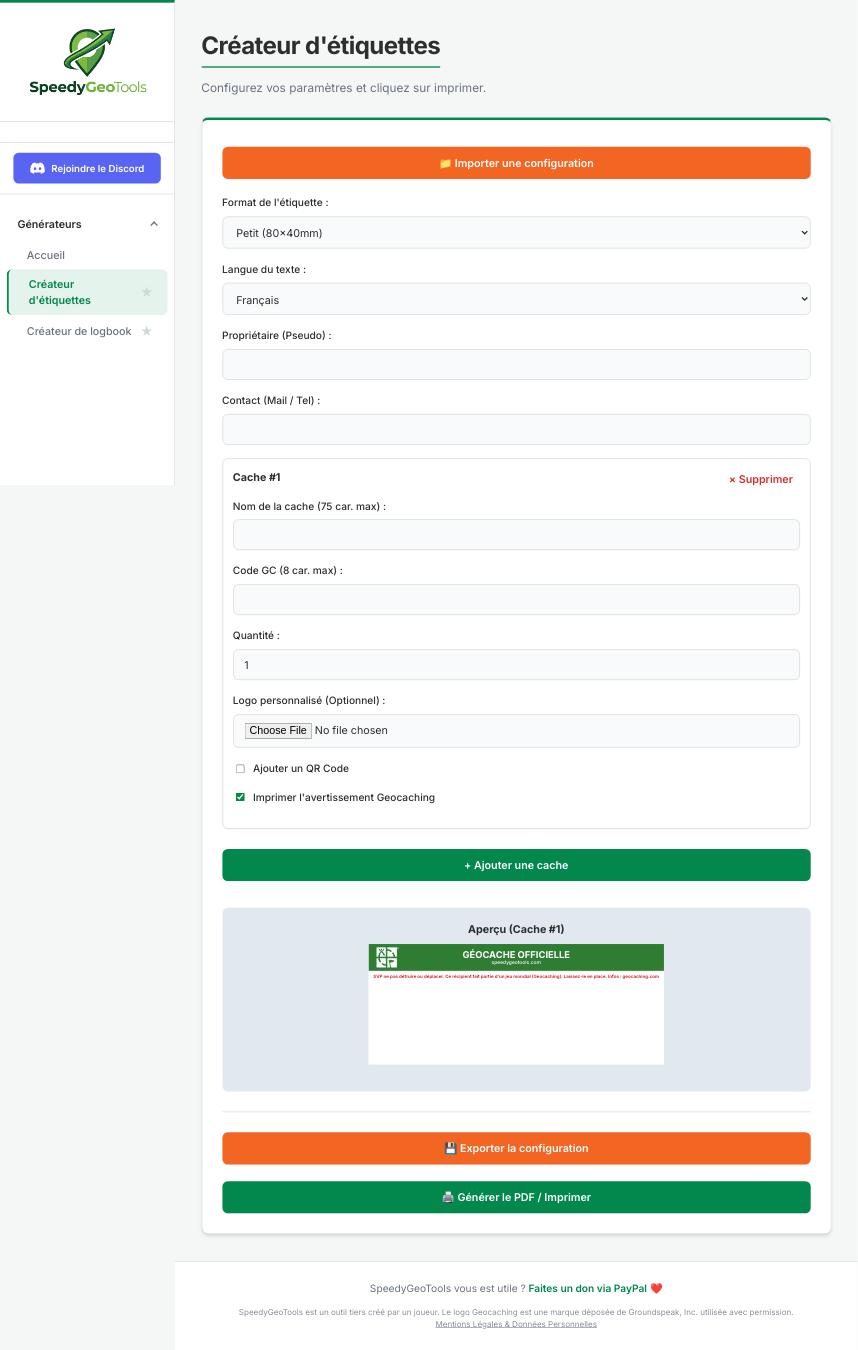
Repository: rodafux/SpeedyGeoTools
Page: etiquettes.html
An editor plug-in stored every save of this project. The page is shown before and after the next save, followed by the edit.
The browser window is 1280 px wide. The pictures show the whole page, at 67% of full size.

Above is the page before, as saved 2026-04-10 23:22:37.

### etiquettes.html
<!DOCTYPE html>
<html lang="fr">
<head>
    <meta charset="UTF-8">
    <meta name="viewport" content="width=device-width, initial-scale=1.0">
    <title>SpeedyGeoTools - Créateur d'étiquettes</title>
    <link rel="preconnect" href="https://fonts.googleapis.com">
    <link rel="preconnect" href="https://fonts.gstatic.com" crossorigin>
    <link href="https://fonts.googleapis.com/css2?family=Inter:wght@400;500;600;700&display=swap" rel="stylesheet">
    <link rel="stylesheet" href="css/style.css">
    <link rel="stylesheet" href="css/print.css">
    <script src="https://cdnjs.cloudflare.com/ajax/libs/qrious/4.0.2/qrious.min.js"></script>
</head>
<body>
    <div class="app-sidebar no-print">
        <a href="index.html" class="sidebar-brand">
            <img src="logo.png" alt="SpeedyGeoTools" class="brand-logo">
        </a>
        <div id="google_translate_element" class="translation-widget"></div>
        <div class="sidebar-discord">
            <a href="https://discord.gg/7D9yHJCKaA" target="_blank">
                <svg viewBox="0 0 127.14 96.36" width="22" height="22" fill="currentColor">
                    <path d="M107.7,8.07A105.15,105.15,0,0,0,81.47,0a72.06,72.06,0,0,0-3.36,6.83A97.68,97.68,0,0,0,49,6.83,72.37,72.37,0,0,0,45.64,0,105.89,105.89,0,0,0,19.39,8.09C2.79,32.65-1.71,56.6.54,80.21h0A105.73,105.73,0,0,0,32.71,96.36,77.7,77.7,0,0,0,39.6,85.25a68.42,68.42,0,0,1-10.85-5.18c.91-.66,1.8-1.34,2.66-2a75.57,75.57,0,0,0,64.32,0c.87.71,1.76,1.39,2.66,2a68.68,68.68,0,0,1-10.87,5.19,77,77,0,0,0,6.89,11.1A105.25,105.25,0,0,0,126.6,80.22h0C129.24,52.84,122.09,29.11,107.7,8.07ZM42.45,65.69C36.18,65.69,31,60,31,53s5-12.74,11.43-12.74S54,46,53.89,53,48.84,65.69,42.45,65.69Zm42.24,0C78.41,65.69,73.31,60,73.31,53s5-12.74,11.43-12.74S96.33,46,96.22,53,91.08,65.69,84.69,65.69Z"/>
                </svg>
                <span>Rejoindre le Discord</span>
            </a>
        </div>
        <div class="sidebar-nav">
            <details open>
                <summary>Générateurs</summary>
                <a href="index.html">Accueil</a>
                <a href="etiquettes.html" class="active">Créateur d'étiquettes</a>
                <a href="logbook.html">Créateur de logbook</a>
            </details>
        </div>
    </div>
    <div class="app-content">
        <div class="container no-print">
            <h1>Créateur d'étiquettes</h1>
            <p class="subtitle">Configurez vos paramètres et cliquez sur imprimer.</p>
            <div class="main-layout" style="display:block;">
                <div class="controls-panel">
                    <div style="margin-bottom: 25px;">
                        <input type="file" id="importEtiquettes" accept=".json" onchange="importConfig(event)" style="display: none;">
                        <button onclick="document.getElementById('importEtiquettes').click()" class="btn-secondary">📁 Importer une configuration</button>
                    </div>

                    <div class="form-group">
                        <label for="labelSize">Format de l'étiquette :</label>
                        <select id="labelSize" onchange="onSizeChange()">
                            <option value="micro">Micro (50x25mm)</option>
                            <option value="small" selected>Petit (80x40mm)</option>
                            <option value="regular">Standard (120x60mm)</option>
                        </select>
                    </div>
                    <div class="form-group">
                        <label for="pdfLanguage">Langue du texte :</label>
                        <select id="pdfLanguage" onchange="onSizeChange()">
                            <option value="fr">Français</option>
                            <option value="en">Anglais</option>
                            <option value="de">Allemand</option>
                        </select>
                    </div>
                    <div class="form-group">
                        <label for="labelOwner">Propriétaire (Pseudo) :</label>
                        <input type="text" id="labelOwner" onkeyup="updateLabelPreview()">
                    </div>
                    <div class="form-group">
                        <label for="labelMail">Contact (Mail / Tel) :</label>
                        <input type="text" id="labelMail" onkeyup="updateLabelPreview()">
                    </div>

                    <div id="cachesListContainer"></div>
                    <button onclick="addCacheCard()" style="margin-bottom: 20px;">+ Ajouter une cache</button>

                    <div id="labelPreviewContainer" style="margin-top: 20px; background: #e2e8f0; padding: 20px; border-radius: 8px;"></div>

                    <div style="margin-top: 30px; border-top: 1px solid var(--border-color); padding-top: 20px;">
                        <button onclick="exportConfig()" class="btn-secondary" style="margin-bottom: 15px;">💾 Exporter la configuration</button>
                        <button onclick="generateLabelsAndPrint()">🖨️ Générer le PDF / Imprimer</button>
                    </div>
                </div>
            </div>
        </div>
        <footer class="site-footer no-print">
            <p>SpeedyGeoTools vous est utile ? <a href="https://paypal.me/JulienPorcher" target="_blank" rel="noopener noreferrer">Faites un don via PayPal</a> ❤️</p>
            <p class="disclaimer">
                SpeedyGeoTools est un outil tiers créé par un joueur. Le logo Geocaching est une marque déposée de Groundspeak, Inc. utilisée avec permission.<br>
                <a href="mentions-legales.html">Mentions Légales & Données Personnelles</a>
            </p>
        </footer>
    </div>
    <div id="render-area"></div>
    <script type="text/javascript" src="//translate.google.com/translate_a/element.js?cb=googleTranslateElementInit"></script>
    <script src="js/i18n.js"></script>
    <script src="js/formats/micro.js"></script>
    <script src="js/formats/small.js"></script>
    <script src="js/formats/regular.js"></script>
    <script src="js/etiquettes.js"></script>
    <script src="js/main.js"></script>
</body>
</html>

### css/style.css
:root {
    --primary-color: #02874D;
    --primary-hover: #01683B;
    --secondary-color: #F26522;
    --secondary-hover: #D9561C;
    --bg-body: #f4f7f5;
    --bg-surface: #ffffff;
    --text-main: #2b302c;
    --text-muted: #6b7280;
    --border-color: #d1d9d4;
    --shadow-sm: 0 1px 2px 0 rgba(0, 0, 0, 0.05);
    --shadow-md: 0 4px 6px -1px rgba(0, 0, 0, 0.1), 0 2px 4px -1px rgba(0, 0, 0, 0.06);
    --radius: 10px;
}
body {
    font-family: 'Inter', system-ui, -apple-system, sans-serif;
    margin: 0; padding: 0; background-color: var(--bg-body); color: var(--text-main);
    line-height: 1.5; display: flex; min-height: 100vh;
}
.app-sidebar {
    width: 260px; background-color: var(--bg-surface); border-right: 1px solid var(--border-color);
    display: flex; flex-direction: column; position: sticky; top: 0; height: 100vh; z-index: 100;
    border-top: 4px solid var(--primary-color);
}
.sidebar-brand {
    padding: 24px 20px; display: flex; align-items: center; justify-content: center;
    text-decoration: none; border-bottom: 1px solid var(--border-color); overflow: hidden;
}
.brand-logo {
    width: 100%; max-width: 200px; height: auto; object-fit: contain; transform: scale(1.4); margin: 10px 0;
}
.translation-widget { padding: 15px 20px; border-bottom: 1px solid var(--border-color); }
.goog-te-gadget { color: transparent !important; font-size: 0px; }
.goog-logo-link { display: none !important; }
.goog-te-combo {
    width: 100%; padding: 10px; font-size: 0.9rem; font-family: 'Inter', sans-serif;
    color: var(--text-main); background-color: #f9fafb; border: 1px solid var(--border-color);
    border-radius: 8px; outline: none; cursor: pointer; box-sizing: border-box;
}
.goog-te-combo:focus { border-color: var(--primary-color); box-shadow: 0 0 0 3px rgba(2, 135, 77, 0.15); }
.sidebar-discord { padding: 15px 20px; border-bottom: 1px solid var(--border-color); }
.sidebar-discord a {
    display: flex; align-items: center; justify-content: center; gap: 10px;
    background-color: #5865F2; color: white !important; text-decoration: none !important;
    padding: 12px 15px; border-radius: 8px; font-weight: 600; font-size: 0.9rem;
    transition: background-color 0.2s, transform 0.1s;
}
.sidebar-discord a:hover { background-color: #4752C4; }
.skiptranslate iframe, .goog-te-banner-frame { display: none !important; }
body { top: 0px !important; position: static !important; }
#goog-gt-tt, .goog-te-balloon-frame, div[id^="goog-gt-"] { display: none !important; }
.goog-text-highlight { background-color: transparent !important; box-shadow: none !important; }
.sidebar-nav { padding: 20px 10px; display: flex; flex-direction: column; gap: 5px; }
.sidebar-nav details { margin-bottom: 5px; }
.sidebar-nav summary {
    cursor: pointer; padding: 12px 16px; color: var(--text-main); font-weight: 600;
    list-style: none; outline: none; border-radius: 8px; transition: background 0.2s;
    position: relative;
}
.sidebar-nav summary::-webkit-details-marker { display: none; }
.sidebar-nav summary:hover { background-color: var(--bg-body); }
.sidebar-nav summary::after {
    content: ""; position: absolute; right: 16px; top: calc(50% - 2px); width: 6px; height: 6px;
    border-right: 2px solid var(--text-muted); border-bottom: 2px solid var(--text-muted);
    transform: translateY(-50%) rotate(45deg); transition: transform 0.2s ease-in-out;
}
.sidebar-nav details[open] summary::after {
    transform: translateY(-50%) rotate(-135deg); top: calc(50% + 2px);
}
.sidebar-nav > a {
    padding: 12px 16px; color: var(--text-main); font-weight: 600; text-decoration: none;
    border-radius: 8px; transition: all 0.2s; display: block; margin-bottom: 5px;
}
.sidebar-nav > a:hover { background-color: var(--bg-body); }
.sidebar-nav > a.active {
    background-color: rgba(2, 135, 77, 0.1); color: var(--primary-color);
    border-left: 3px solid var(--primary-color);
}
.sidebar-nav details a {
    padding: 10px 16px 10px 30px; color: var(--text-muted); text-decoration: none;
    font-weight: 500; border-radius: 8px; transition: all 0.2s;
    display: flex; justify-content: space-between; align-items: center;
}
.sidebar-nav details a:hover { background-color: var(--bg-body); color: var(--text-main); }
.sidebar-nav details a.active {
    background-color: rgba(2, 135, 77, 0.1); color: var(--primary-color);
    font-weight: 600; border-left: 3px solid var(--primary-color);
}
.star-btn { color: #d1d9d4; font-size: 1.2rem; cursor: pointer; transition: color 0.2s, transform 0.2s; padding: 0 5px; }
.star-btn:hover { color: var(--primary-color); transform: scale(1.2); }
.star-btn.active { color: var(--primary-color); }
.app-content { flex: 1; display: flex; flex-direction: column; min-width: 0; min-height: 100vh; }
.container { padding: 40px 30px; max-width: 1000px; margin: 0 auto; flex: 1; width: 100%; box-sizing: border-box; }
h1 { font-size: 2.25rem; font-weight: 700; color: var(--text-main); margin-top: 0; margin-bottom: 8px; letter-spacing: -0.025em; border-bottom: 2px solid var(--primary-color); display: inline-block; padding-bottom: 5px; }
p.subtitle { font-size: 1.1rem; color: var(--text-muted); margin-bottom: 30px; margin-top: 10px; }
.welcome-message {
    background-color: rgba(2, 135, 77, 0.05); border-left: 4px solid var(--primary-color);
    padding: 15px 20px; border-radius: 8px; margin-bottom: 30px; font-size: 0.95rem; color: var(--text-main); line-height: 1.6;
}
.welcome-message p { margin: 0; }
.home-grid { display: flex; gap: 20px; align-items: stretch; flex-wrap: wrap; }
.home-grid > a { flex: 1; min-width: 280px; display: flex; }
.tool-card {
    background-color: var(--bg-surface); border: 1px solid var(--border-color); border-radius: var(--radius);
    padding: 24px; cursor: pointer; transition: all 0.3s ease; box-shadow: var(--shadow-sm);
    margin-bottom: 20px; position: relative; overflow: hidden; width: 100%; box-sizing: border-box; border-top: 4px solid var(--primary-color);
}
.tool-card::before {
    content: ""; position: absolute; top: 0; left: 0; width: 4px; height: 100%;
    background-color: var(--secondary-color); transform: scaleY(0); transition: transform 0.3s ease; transform-origin: bottom;
}
.tool-card:hover { box-shadow: var(--shadow-md); transform: translateY(-2px); border-color: transparent; }
.tool-card:hover::before { transform: scaleY(1); }
.tool-card h2 { margin-top: 0; color: var(--primary-color); font-size: 1.25rem; font-weight: 600; margin-bottom: 8px; }
.tool-card p { margin: 0; color: var(--text-muted); font-size: 0.95rem; }
.widget-container {
    margin-top: 40px; background-color: var(--bg-surface); border: 1px solid var(--border-color);
    border-radius: var(--radius); padding: 30px 24px; text-align: center; box-shadow: var(--shadow-sm); border-top: 4px solid var(--primary-color);
}
.widget-container h2 { color: var(--primary-color); font-size: 1.25rem; margin-top: 0; margin-bottom: 8px; }
.widget-container p { color: var(--text-muted); margin-bottom: 20px; font-size: 0.95rem; }
.iframe-wrapper { display: flex; justify-content: center; }
.iframe-wrapper iframe { max-width: 100%; border-radius: 8px; box-shadow: var(--shadow-md); }
.main-layout { display: flex; gap: 30px; align-items: flex-start; }
.controls-panel {
    flex: 1; background-color: var(--bg-surface); padding: 30px; border-radius: var(--radius);
    box-shadow: var(--shadow-md); border: 1px solid var(--border-color); border-top: 4px solid var(--primary-color);
}
#cachesListContainer > div {
    background-color: #f9fafb; border: 1px solid var(--border-color); border-left: 5px solid var(--primary-color);
    padding: 20px; margin-bottom: 20px; border-radius: 8px; box-shadow: var(--shadow-sm); position: relative; transition: box-shadow 0.2s ease;
}
#cachesListContainer > div:hover { box-shadow: var(--shadow-md); }
#cachesListContainer > div:nth-child(even) { background-color: #ffffff; border-left: 5px solid var(--secondary-color); }
#cachesListContainer > div h3 {
    margin-top: 0; margin-bottom: 15px; color: var(--text-main); font-size: 1.1rem;
    border-bottom: 1px solid var(--border-color); padding-bottom: 8px;
}
.form-group { margin-bottom: 20px; }
.emergency-toggle { background-color: #ffebee; padding: 15px; border-radius: 8px; border: 1px solid #ffcdd2; margin-bottom: 25px; border-left: 4px solid #d32f2f; }
.checkbox-group { display: flex; align-items: center; gap: 10px; }
.sub-checkbox { margin-left: 25px; margin-top: -10px; }
.checkbox-group input { width: auto; accent-color: var(--primary-color); }
label { display: block; font-weight: 500; color: var(--text-main); margin-bottom: 8px; font-size: 0.95rem; }
.checkbox-group label { margin-bottom: 0; }
input[type="text"], input[type="number"], input[type="file"], select {
    width: 100%; padding: 12px 16px; font-size: 1rem; font-family: inherit; color: var(--text-main);
    background-color: #f9fafb; border: 1px solid var(--border-color); border-radius: 8px; box-sizing: border-box; transition: all 0.2s;
}
input[type="text"]:focus, input[type="number"]:focus, select:focus {
    outline: none; border-color: var(--primary-color); background-color: #fff; box-shadow: 0 0 0 3px rgba(2, 135, 77, 0.15);
}
button {
    width: 100%; background-color: var(--primary-color); color: white; border: none; padding: 14px 20px;
    font-size: 1rem; font-weight: 600; font-family: inherit; border-radius: 8px; cursor: pointer; transition: background-color 0.2s, transform 0.1s;
    margin-top: 10px; box-shadow: var(--shadow-sm);
}
button:hover { background-color: var(--primary-hover); box-shadow: var(--shadow-md); }
button:active { transform: scale(0.98); }
.btn-secondary { background-color: var(--secondary-color) !important; color: white !important; }
.btn-secondary:hover { background-color: var(--secondary-hover) !important; }
.btn-outline { background-color: var(--bg-body) !important; color: var(--text-main) !important; border: 1px solid var(--border-color) !important; box-shadow: none !important; }
.btn-outline:hover { background-color: #e2e8f0 !important; }
.site-footer {
    text-align: center; padding: 30px 20px; background-color: var(--bg-surface); border-top: 1px solid var(--border-color);
    color: var(--text-muted); font-size: 0.95rem; margin-top: auto;
}
.site-footer p { margin: 0; }
.site-footer a { color: var(--primary-color); text-decoration: none; font-weight: 600; transition: color 0.2s ease; }
.site-footer a:hover { color: var(--secondary-color); text-decoration: underline; }
.site-footer .disclaimer { font-size: 0.75rem; color: var(--text-muted); margin-top: 15px; line-height: 1.4; opacity: 0.8; }
.site-footer .disclaimer a { color: var(--text-muted); font-weight: normal; text-decoration: underline; }
.legal-content h2 { font-size: 1.25rem; color: var(--primary-color); margin-top: 30px; margin-bottom: 10px; }
.legal-content p, .legal-content ul { margin-bottom: 15px; color: var(--text-main); }
.legal-content ul { padding-left: 20px; }
#render-area { display: none; }
@media (max-width: 768px) {
    body { flex-direction: column; }
    .app-sidebar { width: 100%; height: auto; position: relative; border-right: none; border-bottom: 1px solid var(--border-color); border-top: none; }
    .sidebar-brand { border-bottom: none; padding-bottom: 10px; justify-content: center; }
    .sidebar-nav { flex-direction: row; padding: 0 20px 15px; overflow-x: auto; gap: 10px; }
    .main-layout { flex-direction: column-reverse; }
}

### css/print.css
@media print {
    @page { size: A4 portrait; margin: 0; }
    body { background: white; padding: 0; margin: 0; color: black; font-family: sans-serif; display: block; }
    body > * { display: none !important; }
    body > #render-area { display: block !important; width: 100%; }
    .a4-page { width: 210mm; height: 297mm; padding: 10mm 15mm; box-sizing: border-box; display: flex; justify-content: center; break-after: page; }
    .a4-page:last-child { page-break-after: auto; break-after: auto; }
    .log-strip { height: 100%; border: 1px solid #000; border-left: none; box-sizing: border-box; display: flex; flex-direction: column; overflow: hidden; }
    .log-strip:first-child { border-left: 1px solid #000; }
    .staple-area { min-height: 10mm; border-bottom: 1px dashed #999; }
    .official-logo-box { text-align: center; padding: 5mm 0; border-bottom: 1px solid #000; }
    .official-logo-box img { width: 20mm; height: auto; }
    .official-logo-box div { font-size: 7px; font-weight: bold; margin-top: 2px; }
    .strip-logo { width: 100%; max-height: 25mm; object-fit: contain; margin: 4mm 0; padding: 0 2mm; box-sizing: border-box; display: block; }
    .logo-container { border-bottom: 1px solid #000; }
    .created-on { text-align: center; font-size: 9px; font-weight: bold; background-color: #000 !important; color: #FFF !important; padding: 4px 1mm; border-bottom: 1px solid #000; text-transform: uppercase; letter-spacing: 0.3px; -webkit-print-color-adjust: exact; print-color-adjust: exact; }
    .cache-info { text-align: center; padding: 4px 3mm 4px 5mm; border-bottom: 1px solid #000; font-size: 10px; }
    .cache-info strong { font-size: 11px; display: block; }
    .emergency-box { padding: 6px 3mm 6px 5mm; border-bottom: 1px solid #000; font-size: 8px; line-height: 1.6; }
    .emergency-box strong { display: block; text-align: center; font-size: 10px; margin-bottom: 4px; }
    .warning-text { font-size: 6.5px; padding: 4px 3mm 4px 5mm; text-align: justify; line-height: 1.2; border-bottom: 1px solid #000; }
    .warning-text strong { display: block; text-align: center; margin-bottom: 3px; font-size: 7.5px; }
    .warning-text ul { padding-left: 8px; margin: 3px 0; }
    .qr-box { padding: 4px 3mm 4px 5mm; text-align: center; border-bottom: 1px solid #000; }
    .qr-title { font-size: 7px; font-weight: bold; margin-bottom: 2px; }
    .qr-warn { font-size: 6px; margin-top: 2px; color: #333; }
    .podium-box { display: flex; flex-direction: column; border-bottom: 1px solid #000; }
    .podium-stamp { border-bottom: 1px dotted #888; display: flex; flex-direction: column; padding: 2px 2px 2px 5mm; box-sizing: border-box; }
    .podium-stamp.with-tampon { min-height: 35mm; }
    .podium-stamp:last-child { border-bottom: none; }
    .podium-header { display: flex; flex-wrap: wrap; align-items: center; gap: 3px; font-size: 7px; color: #333; margin-bottom: 2mm; }
    .podium-title { font-weight: bold; font-size: 10px; color: #000; margin-right: 2px; }
    .podium-input-date { font-style: italic; }
    .podium-input-pseudo { font-style: italic; flex-grow: 1; }
    .podium-tampon { flex-grow: 1; display: flex; align-items: center; justify-content: center; font-size: 10px; color: #aaa; text-transform: uppercase; letter-spacing: 1px; border: 1px dotted #ccc; }
    .logs-container { flex-grow: 1; display: flex; flex-direction: column; }
    .log-row { flex: 1; border-bottom: 1px solid #ccc; box-sizing: border-box; display: flex; }
    .log-row:last-child { border-bottom: none; }
    .staple-spacer { border-bottom: 1px solid #ccc; }
    .log-date { width: 10mm; border-right: 1px dotted #ccc; font-size: 7px; padding: 2px 2px 2px 3mm; color: #666; box-sizing: border-box; }
    .log-name { flex-grow: 1; font-size: 7px; padding: 2px 2px 2px 2mm; color: #666; box-sizing: border-box; }
}

Loaded but not shown: js/i18n.js (218 lines, source omitted); js/etiquettes.js (227 lines, source omitted); js/formats/small.js (70 lines, source omitted); js/formats/micro.js (67 lines, source omitted); js/formats/regular.js (42 lines, source omitted); js/main.js (127 lines, source omitted)

After the next save:
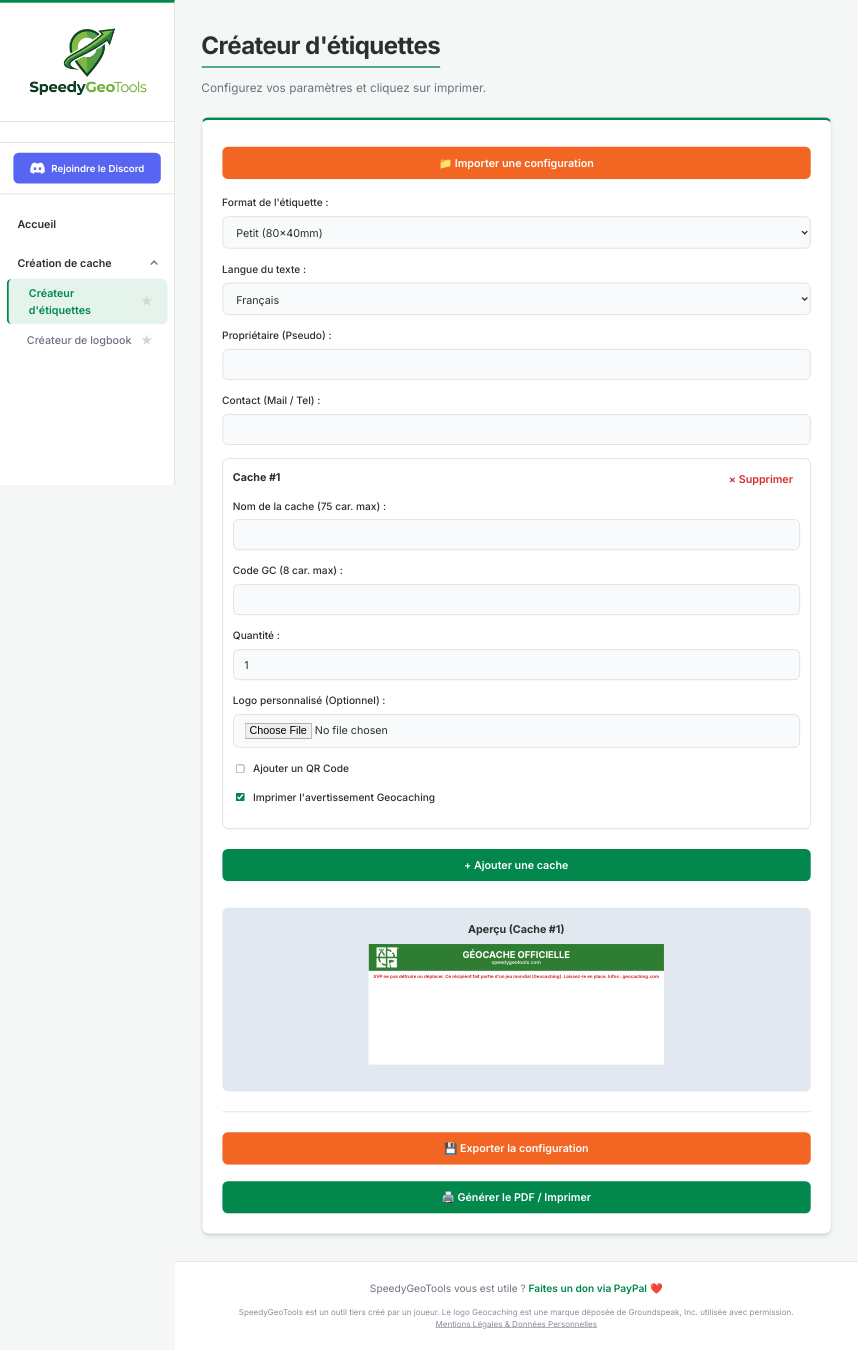
Saved 8 s later.
--- a/etiquettes.html
+++ b/etiquettes.html
@@ -26,9 +26,9 @@
             </a>
         </div>
         <div class="sidebar-nav">
+            <a href="index.html">Accueil</a>
             <details open>
-                <summary>Générateurs</summary>
-                <a href="index.html">Accueil</a>
+                <summary>Création de cache</summary>
                 <a href="etiquettes.html" class="active">Créateur d'étiquettes</a>
                 <a href="logbook.html">Créateur de logbook</a>
             </details>
@@ -44,7 +44,6 @@
                         <input type="file" id="importEtiquettes" accept=".json" onchange="importConfig(event)" style="display: none;">
                         <button onclick="document.getElementById('importEtiquettes').click()" class="btn-secondary">📁 Importer une configuration</button>
                     </div>
-
                     <div class="form-group">
                         <label for="labelSize">Format de l'étiquette :</label>
                         <select id="labelSize" onchange="onSizeChange()">
@@ -69,12 +68,9 @@
                         <label for="labelMail">Contact (Mail / Tel) :</label>
                         <input type="text" id="labelMail" onkeyup="updateLabelPreview()">
                     </div>
-
                     <div id="cachesListContainer"></div>
                     <button onclick="addCacheCard()" style="margin-bottom: 20px;">+ Ajouter une cache</button>
-
                     <div id="labelPreviewContainer" style="margin-top: 20px; background: #e2e8f0; padding: 20px; border-radius: 8px;"></div>
-
                     <div style="margin-top: 30px; border-top: 1px solid var(--border-color); padding-top: 20px;">
                         <button onclick="exportConfig()" class="btn-secondary" style="margin-bottom: 15px;">💾 Exporter la configuration</button>
                         <button onclick="generateLabelsAndPrint()">🖨️ Générer le PDF / Imprimer</button>
